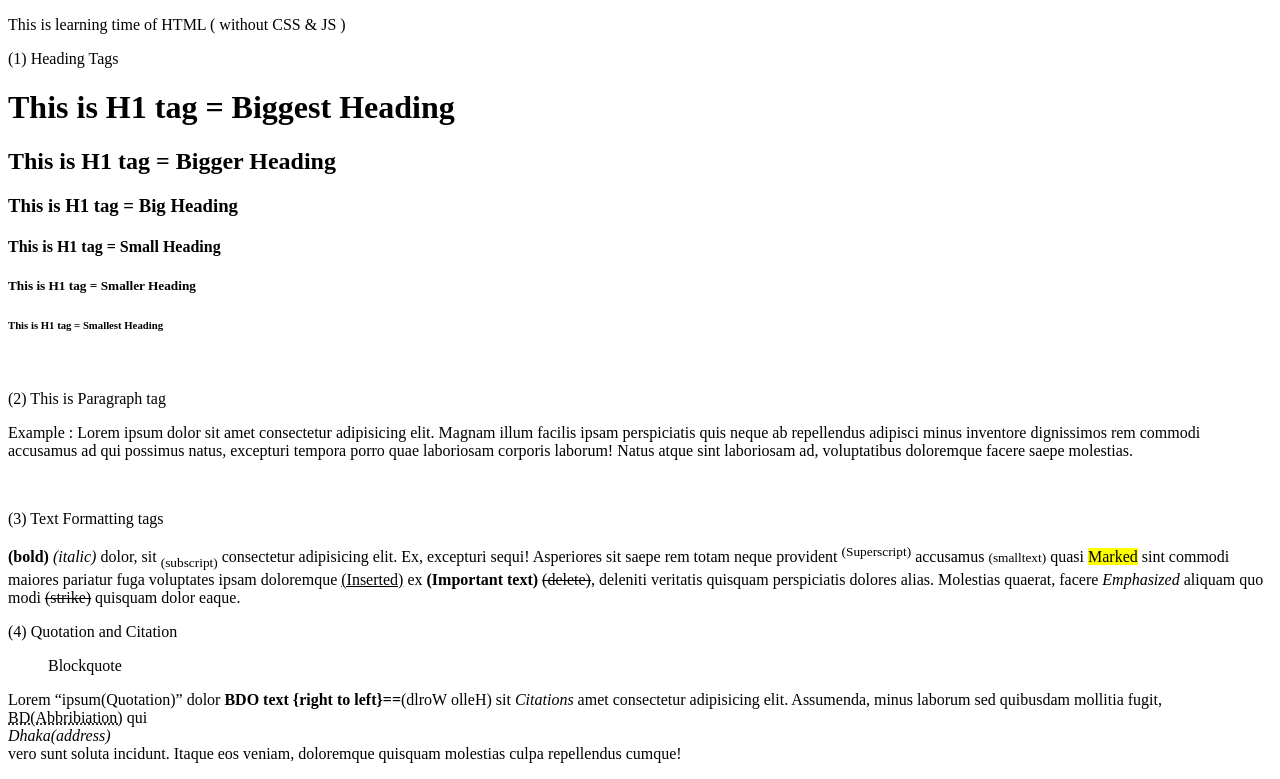
Repository: diptods/Frontend-in-60-DAYS
Page: Day01/learning/learn.html
An editor plug-in stored every save of this project. The page is shown before and after the next save, followed by the edit.
The browser window is 1280 px wide. The pictures show the whole page.

Above is the page before, as saved 2026-05-28 12:05:50.

### Day01/learning/learn.html
<!DOCTYPE html>
<html lang="en">

<head>
    <meta charset="UTF-8">
    <meta name="viewport" content="width=device-width, initial-scale=1.0">
    <title>Day 01 Of Frontend Learning</title>
</head>

<body>
    <p>This is learning time of HTML ( without CSS & JS )</p>
    <p>(1) Heading Tags</p>
    <h1>This is H1 tag = Biggest Heading</h1>
    <h2>This is H1 tag = Bigger Heading</h2>
    <h3>This is H1 tag = Big Heading</h3>
    <h4>This is H1 tag = Small Heading</h4>
    <h5>This is H1 tag = Smaller Heading</h5>
    <h6>This is H1 tag = Smallest Heading</h6>
    <br>
    <p>(2) This is Paragraph tag</p>
    <p>Example : Lorem ipsum dolor sit amet consectetur adipisicing elit. Magnam illum facilis ipsam perspiciatis quis
        neque ab repellendus adipisci minus inventore dignissimos rem commodi accusamus ad qui possimus natus, excepturi
        tempora porro quae laboriosam corporis laborum! Natus atque sint laboriosam ad, voluptatibus doloremque facere
        saepe molestias.</p>
    <br>
    <p>(3) Text Formatting tags</p>
    <p><b>(bold)</b> <i>(italic)</i> dolor, sit <sub>(subscript)</sub> consectetur adipisicing elit. Ex, excepturi
        sequi! Asperiores sit saepe rem totam
        neque provident <sup>(Superscript)</sup> accusamus <small>(smalltext)</small> quasi <mark>Marked</mark> sint
        commodi maiores pariatur fuga voluptates ipsam doloremque
        <ins>(Inserted)</ins> ex <strong>(Important text)</strong> <del>(delete)</del>, deleniti veritatis quisquam
        perspiciatis dolores alias. Molestias quaerat, facere
        <em>Emphasized</em> aliquam quo modi <strike>(strike)</strike> quisquam dolor eaque.
    </p>
    <p>(4) Quotation and Citation</p>
    <p><blockquote>Blockquote</blockquote> Lorem <q>ipsum(Quotation)</q> dolor <b>BDO text {right to left}==</b><bdo dir="rtl">(Hello World)</bdo> sit <cite>Citations</cite> amet consectetur adipisicing elit. Assumenda, minus laborum sed quibusdam mollitia fugit,
        <abbr title="Bangladesh">BD(Abbribiation)</abbr> qui <address>Dhaka(address)</address>vero sunt soluta incidunt. Itaque eos veniam, doloremque quisquam molestias culpa repellendus cumque!
    </p>
</body>

</html>

After the next save:
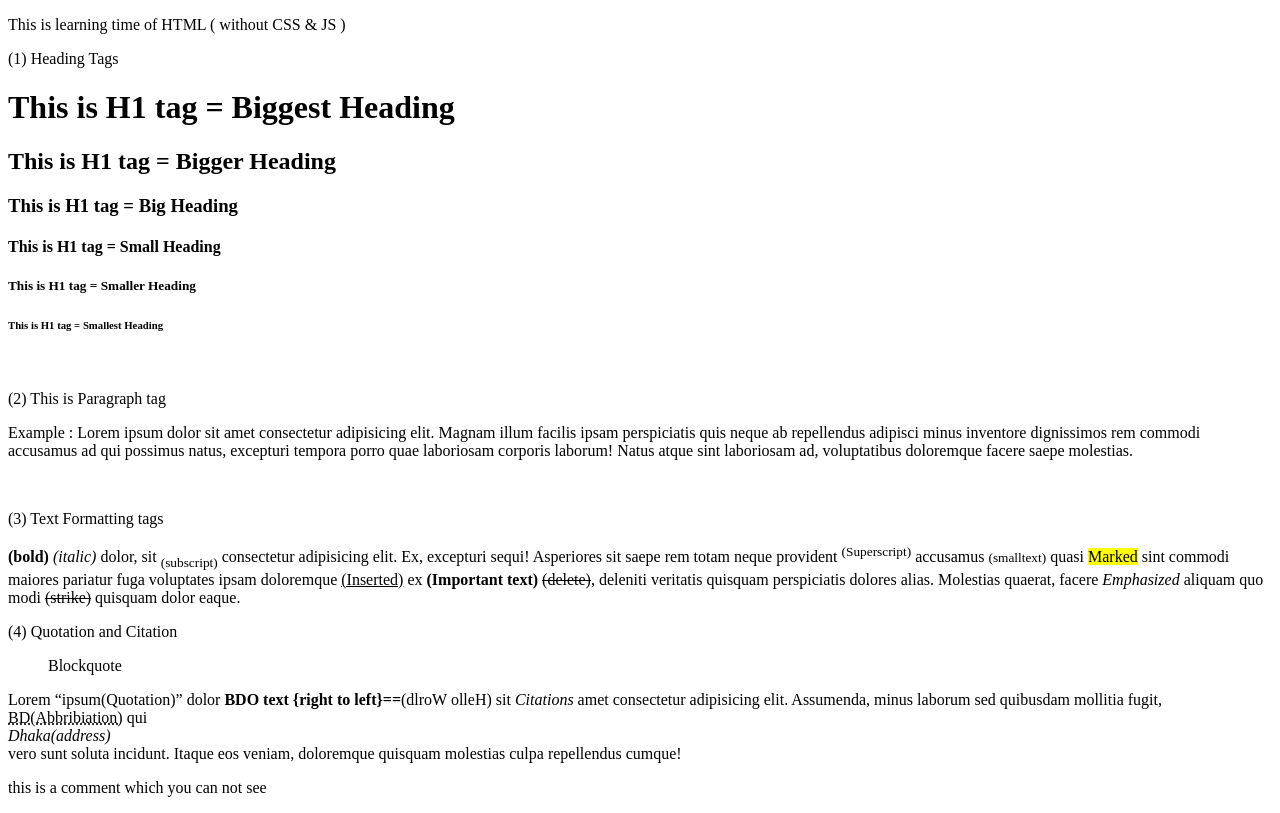
Saved 33 s later.
--- a/Day01/learning/learn.html
+++ b/Day01/learning/learn.html
@@ -36,6 +36,8 @@
     <p><blockquote>Blockquote</blockquote> Lorem <q>ipsum(Quotation)</q> dolor <b>BDO text {right to left}==</b><bdo dir="rtl">(Hello World)</bdo> sit <cite>Citations</cite> amet consectetur adipisicing elit. Assumenda, minus laborum sed quibusdam mollitia fugit,
         <abbr title="Bangladesh">BD(Abbribiation)</abbr> qui <address>Dhaka(address)</address>vero sunt soluta incidunt. Itaque eos veniam, doloremque quisquam molestias culpa repellendus cumque!
     </p>
+    <!-- Write your comments here -->
+     <p><!-- Write your comments here --> this is a comment which you can not see</p>
 </body>
 
 </html>
